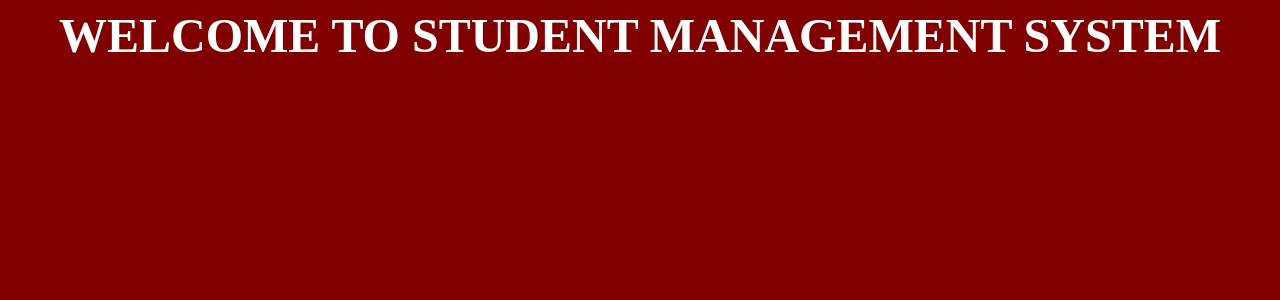
Repository: Rajkishorvarma/Servlets-Projects
Page: app28/WebContent/header.html
The author's editor kept a copy of each file at every save. The page is drawn from the files as they stood at one save, then again after the next save.
The browser window is 1280 px wide. The pictures show the whole page.

Above is the page before, as saved 2020-02-29 20:33:03.

### app28/WebContent/header.html
<!DOCTYPE html PUBLIC "-//W3C//DTD HTML 4.01 Strict//EN" "http://www.w3.org/TR/html4/strict.dtd">
<html>
<head>
<meta http-equiv="Content-Type" content="text/html; charset=ISO-8859-1">
<title>header</title>
</head>
<body bgcolor="maroon">
<center>
<font color="white" size="7">
<b>
WELCOME TO STUDENT MANAGEMENT SYSTEM
</b>
</font>
</center>
</body>
</html>

After the next save:
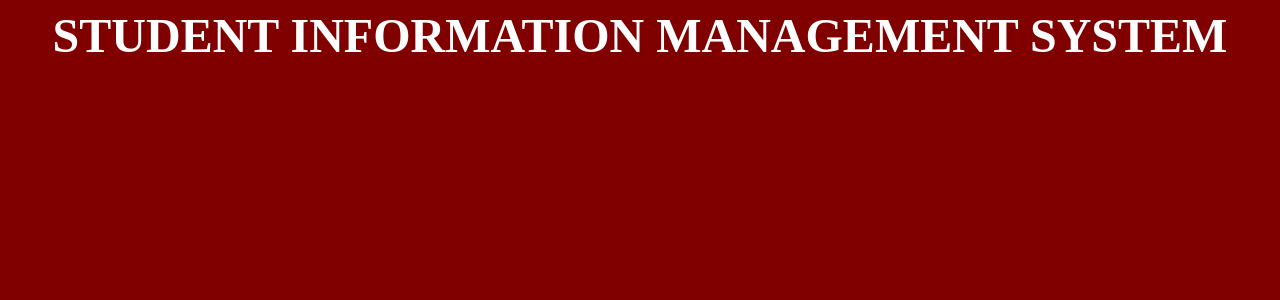
Saved 8 min 40 s later.
--- a/app28/WebContent/header.html
+++ b/app28/WebContent/header.html
@@ -8,7 +8,7 @@
 <center>
 <font color="white" size="7">
 <b>
-WELCOME TO STUDENT MANAGEMENT SYSTEM
+STUDENT INFORMATION MANAGEMENT SYSTEM
 </b>
 </font>
 </center>
